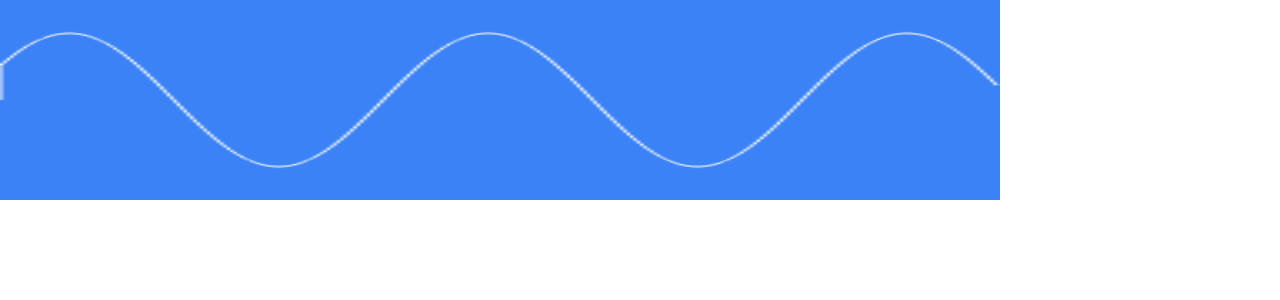
Repository: TMuse333/quantum-experiments
Page: /
The author's editor kept a copy of each file at every save. The page is drawn from the files as they stood at one save, then again after the next save.
The browser window is 1280 px wide. The pictures show the whole page.
The project was rebuilt for these pictures with package versions that can differ from the ones it lists, and the page was loaded fresh each time. Also part of the build but not shown: vite.config.ts.

Above is the page before, as saved 2024-06-08 18:05:55.

After the next save:
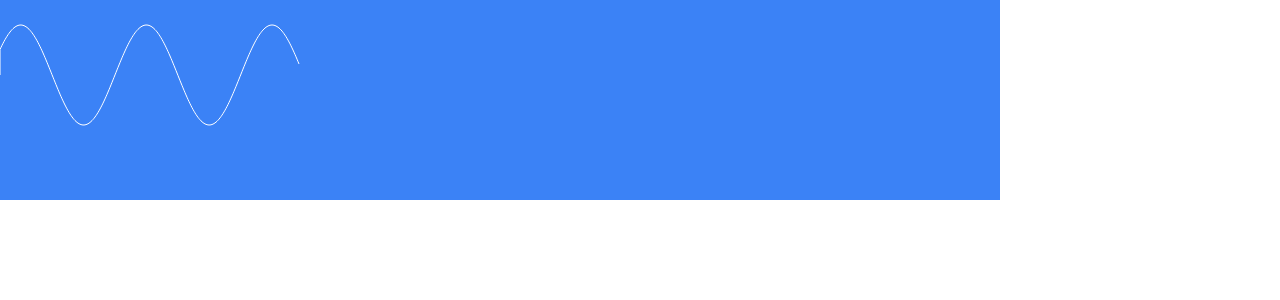
Saved 11 s later.
--- a/src/components/wave/wave.tsx
+++ b/src/components/wave/wave.tsx
@@ -53,7 +53,7 @@
     h-[200px] max-w-[1000px] ml-auto mr-auto'>
 
 
-  <canvas className='h-full ml-auto mr-auto w-full'
+  <canvas className=''
    ref={canvasRef} />
      </div>
   )

After the save that followed:
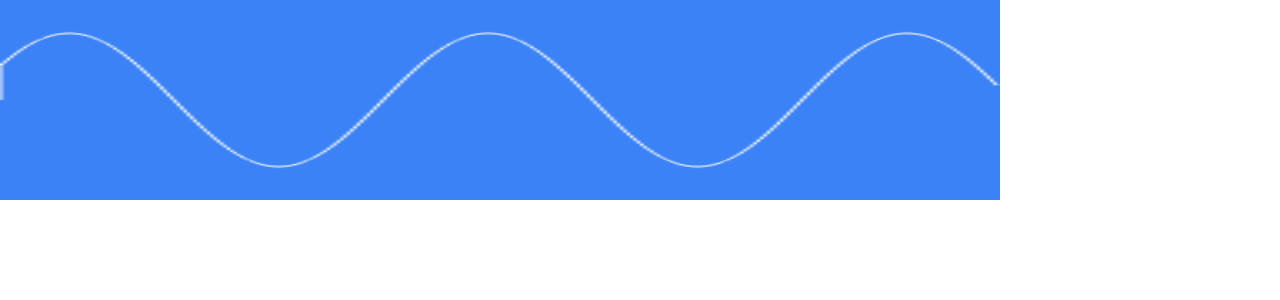
Saved 10 s later.
--- a/src/components/wave/wave.tsx
+++ b/src/components/wave/wave.tsx
@@ -53,7 +53,7 @@
     h-[200px] max-w-[1000px] ml-auto mr-auto'>
 
 
-  <canvas className=''
+  <canvas className='h-full ml-auto mr-auto w-full'
    ref={canvasRef} />
      </div>
   )
